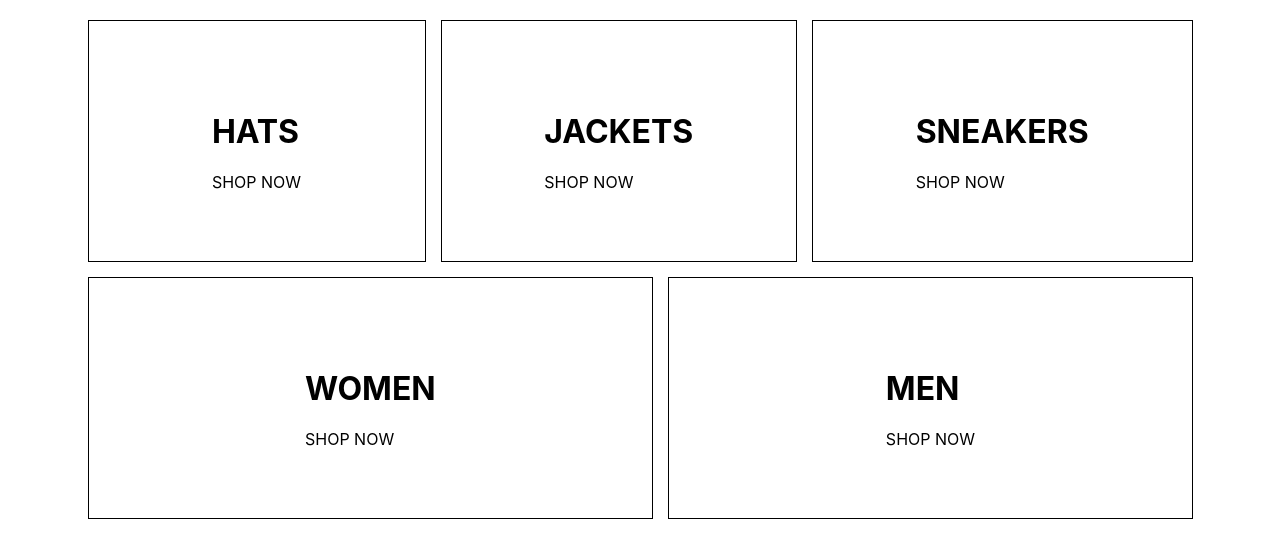
Repository: Daga01/clothing-ecommerce
Page: /signin
These files come from the project's save history. The page is drawn as it stood at one moment and after the next save; the edit follows.
The browser window is 1280 px wide. The pictures show the whole page.
The project was rebuilt for these pictures with package versions that can differ from the ones it lists, and the page was loaded fresh each time. Also part of the build but not shown: src/App.css.

Above is the page before, as saved 2020-01-30 17:09:40.

### src/App.js
import React from 'react';
import './App.css';
import HomePage from './homepage.component'

function App() {
  return (
    <div>
      <HomePage/>
    </div>
  );
}

export default App;

### src/homepage.component.jsx
import React from 'react';
import styles from './homepage.styles.scss'

const HomePage = () => (
  <div className='homepage'>
    <div className='directory-menu'>
      <div className='menu-item'>
        <div className='content'>
          <h1 className='title'>HATS</h1>
          <span className='subtitle'>SHOP NOW</span>
        </div>
      </div>
      <div className='menu-item'>
        <div className='content'>
          <h1 className='title'>JACKETS</h1>
          <span className='subtitle'>SHOP NOW</span>
        </div>
      </div>
      <div className='menu-item'>
        <div className='content'>
          <h1 className='title'>SNEAKERS</h1>
          <span className='subtitle'>SHOP NOW</span>
        </div>
      </div>
      <div className='menu-item'>
        <div className='content'>
          <h1 className='title'>WOMEN</h1>
          <span className='subtitle'>SHOP NOW</span>
        </div>
      </div>
      <div className='menu-item'>
        <div className='content'>
          <h1 className='title'>MEN</h1>
          <span className='subtitle'>SHOP NOW</span>
        </div>
      </div>
    </div>
  </div>
);

export default HomePage;

### src/homepage.styles.scss
.homepage {
  display: flex;
  flex-direction: column;
  align-items: center;
  padding: 20px 80px;
}

.directory-menu {
  width: 100%;
  display: flex;
  flex-wrap: wrap;
  justify-content: space-between;
}

.menu-item {
  min-width: 30%;
  height: 240px;
  flex: 1 1 auto;
  display: flex;
  align-items: center;
  justify-content: center;
  border: 1px solid black;
  margin: 0 7.5px 15px;

  &:first-child {
    margin-right: 7.5px;
  }

  &:last-child {
    margin-left: 7.7px;
  }


}

Loaded but not shown: public/index.html (common file); src/index.js (common file); src/index.css (common file)

After the next save:
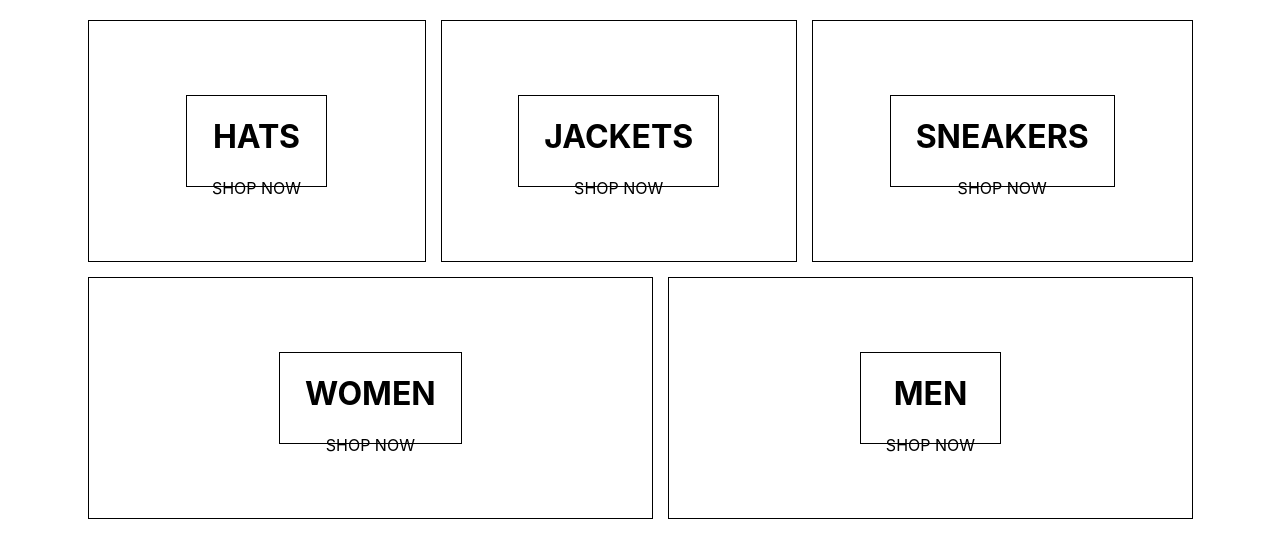
Saved 2 min 22 s later.
--- a/src/homepage.styles.scss
+++ b/src/homepage.styles.scss
@@ -30,5 +30,18 @@
     margin-left: 7.7px;
   }
 
+  .content {
+    height: 90px;
+    padding: 0 25px;
+    display: flex;
+    flex-direction: column;
+    align-items: center;
+    border: 1px solid black;
+
+    .title {
+
+    }
+  }
+
 
 }
